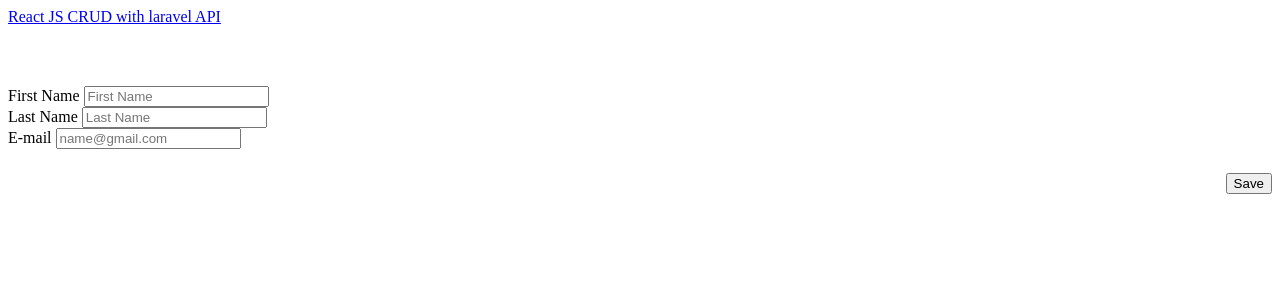
Repository: balkisys/react-js-crud
Page: /
The author's editor kept a copy of each file at every save. The page is drawn from the files as they stood at one save, then again after the next save.
The browser window is 1280 px wide. The pictures show the whole page.
The project was rebuilt for these pictures with package versions that can differ from the ones it lists, and the page was loaded fresh each time.

Above is the page before, as saved 2020-05-18 11:28:09.

### public/index.html
<!DOCTYPE html>
<html lang="en">
  <head>
    <meta charset="utf-8" />
    <link rel="icon" href="%PUBLIC_URL%/favicon.ico" />
    <meta name="viewport" content="width=device-width, initial-scale=1" />
    <meta name="theme-color" content="#000000" />
    <meta
      name="description"
      content="Web site created using create-react-app"
    />
    <link rel="apple-touch-icon" href="%PUBLIC_URL%/logo192.png" />
    <link rel = "stylesheet" href="https://cdnjs.cloudflare.com/ajax/libs/semantic-ui/2.4.1/semantic.min.js"/>

    <!--
      manifest.json provides metadata used when your web app is installed on a
      user's mobile device or desktop. See https://developers.google.com/web/fundamentals/web-app-manifest/
    -->
    <link rel="manifest" href="%PUBLIC_URL%/manifest.json" />
    <!--
      Notice the use of %PUBLIC_URL% in the tags above.
      It will be replaced with the URL of the `public` folder during the build.
      Only files inside the `public` folder can be referenced from the HTML.

      Unlike "/favicon.ico" or "favicon.ico", "%PUBLIC_URL%/favicon.ico" will
      work correctly both with client-side routing and a non-root public URL.
      Learn how to configure a non-root public URL by running `npm run build`.
    -->
    <title>React App</title>
  </head>
  <body>
    <noscript>You need to enable JavaScript to run this app.</noscript>
    <div id="root"></div>
    <!--
      This HTML file is a template.
      If you open it directly in the browser, you will see an empty page.

      You can add webfonts, meta tags, or analytics to this file.
      The build step will place the bundled scripts into the <body> tag.

      To begin the development, run `npm start` or `yarn start`.
      To create a production bundle, use `npm run build` or `yarn build`.
    -->
  </body>
</html>

### src/index.js
import React from "react";
import ReactDOM from "react-dom";
import App from "./components/App";


ReactDOM.render(<App/>, document.querySelector("#root"));

### src/components/App.js
import React , {Component} from "react" ;
import MyForm from "./MyForm";
import CustomerList from "./CustomerList";
import "./app.css";

class App extends Component {
    render () {
      return (
          <div className="ui fixed inverted menu">
          <div className="ui container">

           <a href="/#" className="header item">
               React JS CRUD with laravel API
               </a>

          </div>
          <div className="ui main container">
           <MyForm/>
          </div>
          </div>
      );
    }
}
export default App ;

### src/components/MyForm.js
import React , {Component} from "react" ;


class MyForm extends Component {
   render() {
       return (
      <from className= "ui form">
       <div className="fields">
           <div className="four wide field">
           <label> First Name </label>
           <input type="text" name="first_name" placeholder="First Name" />
           </div>

           <div className="four wide field">
           <label> Last Name </label>
           <input type="text" name="last_name" placeholder="Last Name" />
           </div>

           <div className="four wide field">
           <label> E-mail </label>
           <input type="email" name="email" placeholder="name@gmail.com" />
           </div>

           <div className="four wide field">
           <button  className="ui primary button submit-button"> Save</button>
           </div>

       </div>
      </from>
       );
   }


}
export default MyForm ;

### src/components/app.css
.main.container {
    margin-top: 60px;
}
.submit-button {
    margin-top: 24px !important;
    float: right;
}

### src/components/CustomerList.js
import React, {Component} from "react";


class CustomerList extends Component {
    render() {
        return <div> CustomerList</div>
    }
}

export default CustomerList;

After the next save:
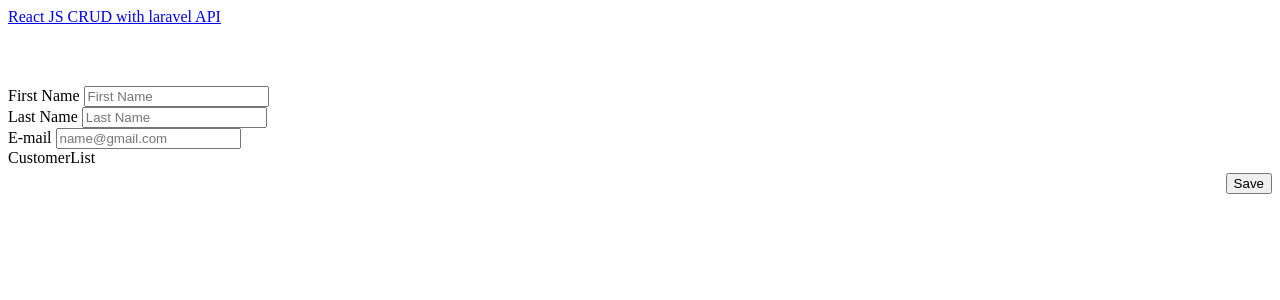
Saved 2 min 38 s later.
--- a/src/components/App.js
+++ b/src/components/App.js
@@ -16,6 +16,7 @@ class App extends Component {
           </div>
           <div className="ui main container">
            <MyForm/>
+           <CustomerList/>
           </div>
           </div>
       );

After the save that followed:
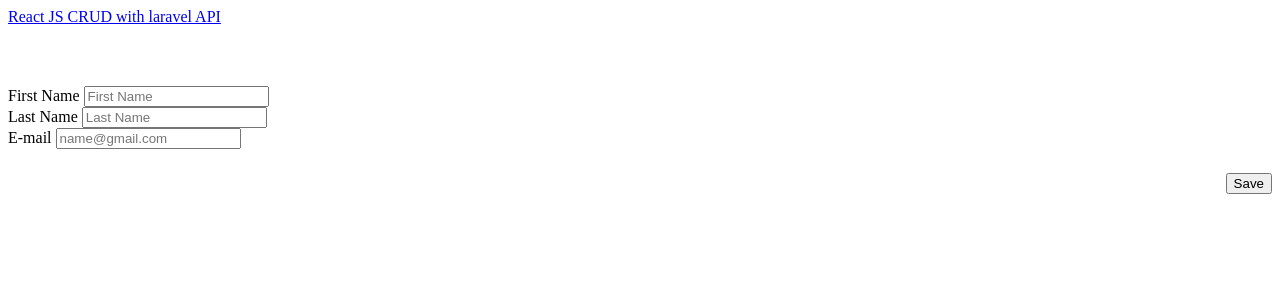
Saved 94 s later.
--- a/src/components/CustomerList.js
+++ b/src/components/CustomerList.js
@@ -3,7 +3,14 @@ import React, {Component} from "react";
 
 class CustomerList extends Component {
     render() {
-        return <div> CustomerList</div>
+        return (
+          <div className="data">
+              <table className="ui celled table">
+
+                  </table>
+
+          </div>
+        );
     }
 }
 
